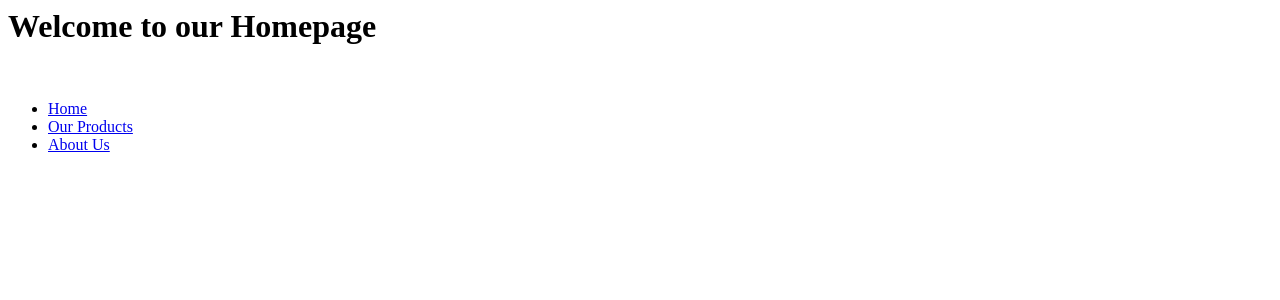
Repository: RuairiBrowne1/is1113117465942
Page: http://localhost/Ebusiness/ShopHome.html
The author's editor kept a record of every edit. The page is drawn from the files as they stood at one moment, then again after the next edit.
The browser window is 1280 px wide. The pictures show the whole page.
The page is run by PHP 8.4 with error messages shown; the project is at /var/www/html/.

Above is the page before.

After the next edit:
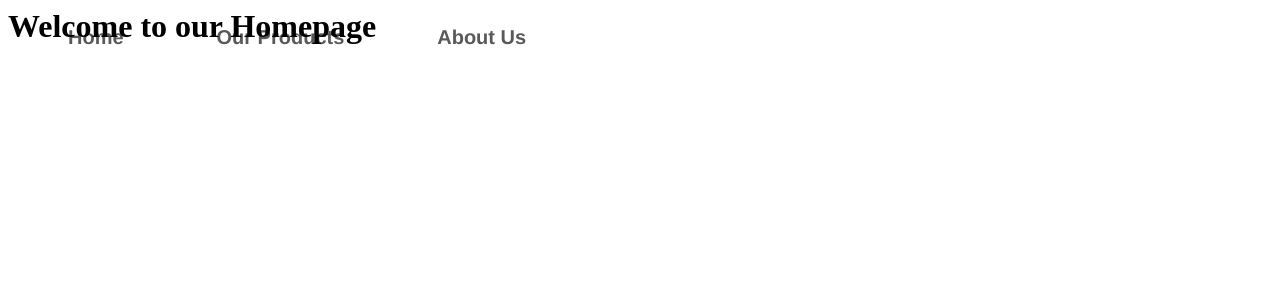
The edit:
--- a/Ebusiness/Shop_pages.css
+++ b/Ebusiness/Shop_pages.css
@@ -177,3 +177,43 @@ float:left;
     width:100%;
 
 }
+
+#nav{
+    width: 100%;
+    height: 10.5%;
+    background-size: cover;
+    position: fixed;
+    z-index: 2;
+}
+
+#nav_wrapper{
+    font-family:helvetica;
+    font-size: 125%;
+    height: 100%;
+    width: 110%;
+    margin-left:-10px;
+    margin-right: 10px;
+    margin-top: -8px;
+    opacity: 0.65;
+    position: absolute;
+    top: -100%;
+}
+
+#nav_wrapper ul li {
+    margin-right: 2%;
+    list-style: none;
+    display: inline;
+    font-weight: bold;
+    padding: 30px;
+}
+
+#nav_wrapper a{
+    color: black;
+    text-decoration: none;
+
+}
+
+#nav_wrapper ul li:hover{
+    background: #94D5F1;
+    transition:all 1s;
+}
